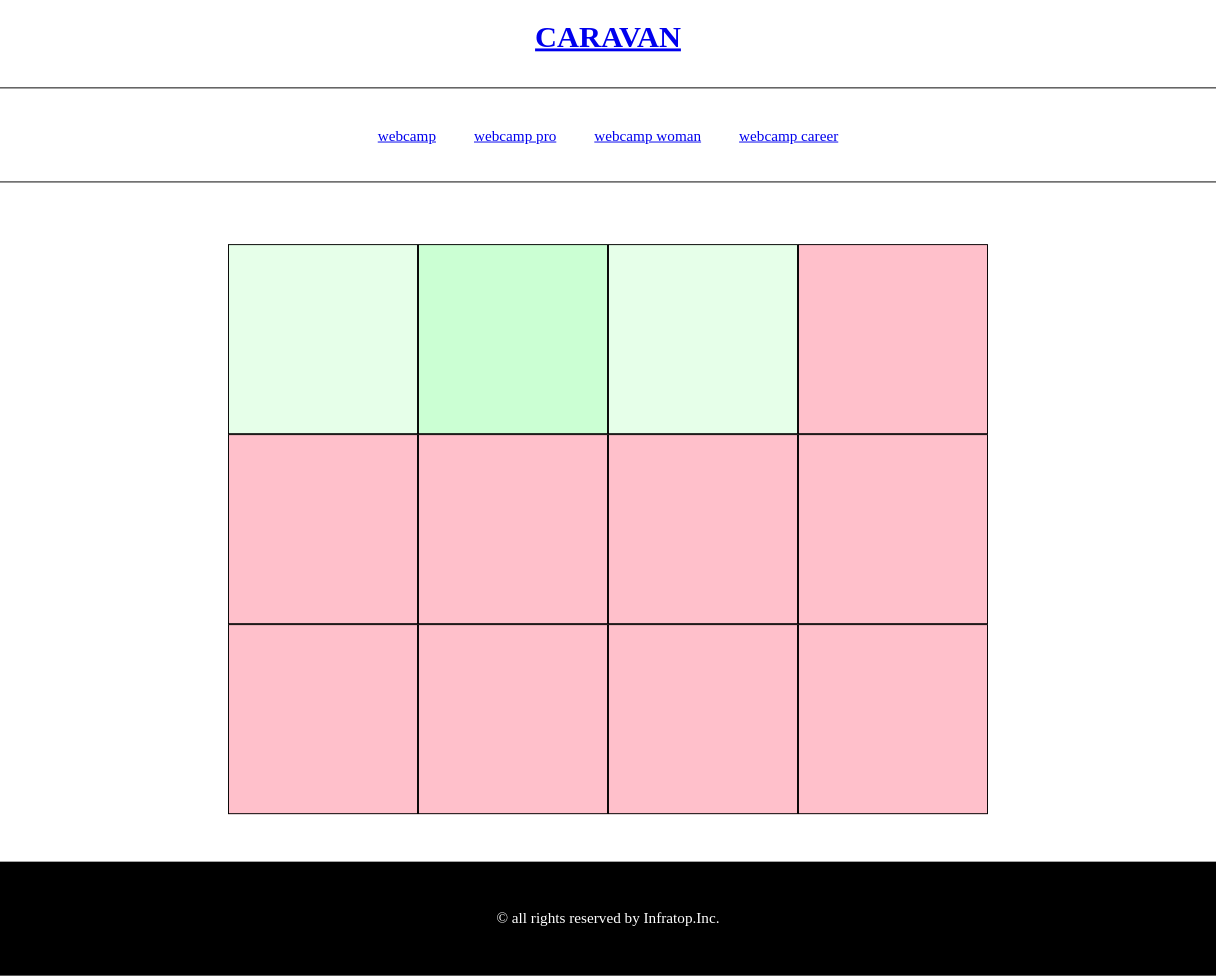
Repository: yukito7878/HTML-CSS-practice
Page: caravan/index5.html
The author's editor kept a record of every edit. The page is drawn from the files as they stood at one moment, then again after the next edit.
The browser window is 1280 px wide. The pictures show the whole page, at 95% of full size.

Above is the page before.

After the next edit:
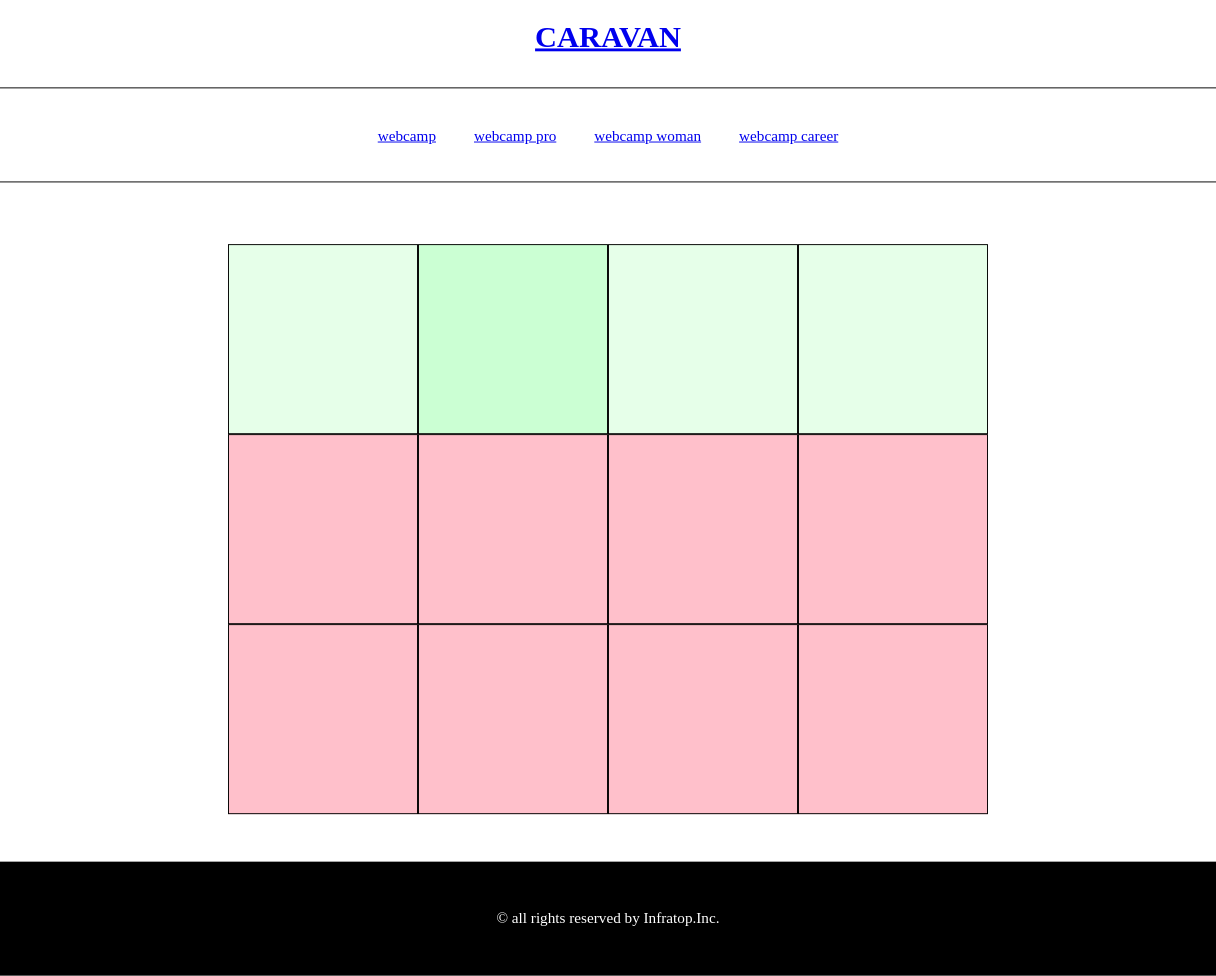
The edit:
--- a/caravan/style5.css
+++ b/caravan/style5.css
@@ -64,7 +64,7 @@
 .row0column2{
   background-color: e6ffe9;
 }
-.row0column0{
+.row0column3{
   background-color: e6ffe9;
 }
 .row0column0{
